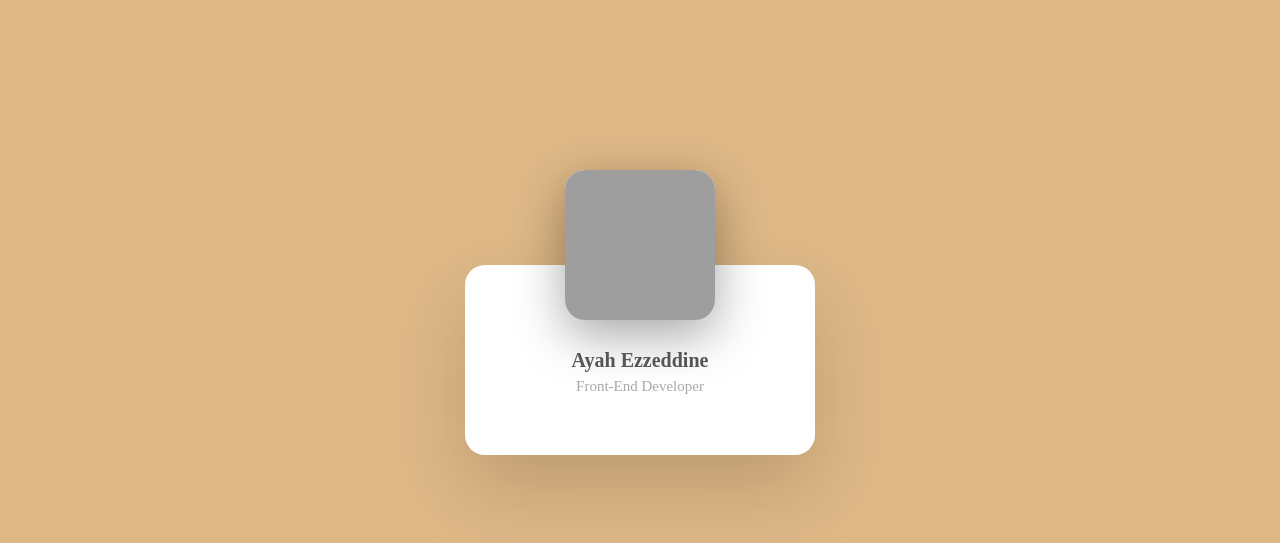
Repository: ayah1996/Github-Profiles
Page: index.html
These files come from the project's save history. The page is drawn as it stood at one moment and after the next save; the edit follows.
The browser window is 1280 px wide. The pictures show the whole page.
Pictures or frames that could not be fetched are drawn as grey boxes. The page's requests for data from a server got no answer.

Above is the page before, as saved 2023-01-26 14:17:10.

After the next save:
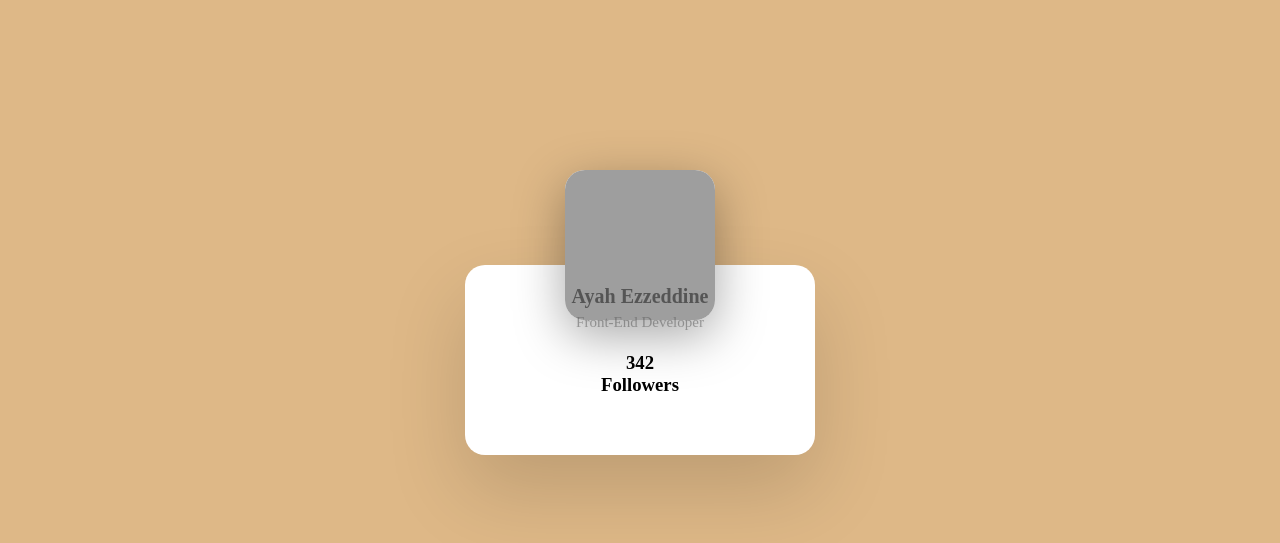
Saved 41 s later.
--- a/index.html
+++ b/index.html
@@ -20,6 +20,9 @@
         <div class="content">
           <div class="details">
             <h2>Ayah Ezzeddine <br /><span> Front-End Developer </span></h2>
+            <div class="data">
+              <h3>342<br /><span>Followers</span></h3>
+            </div>
           </div>
         </div>
       </div>
